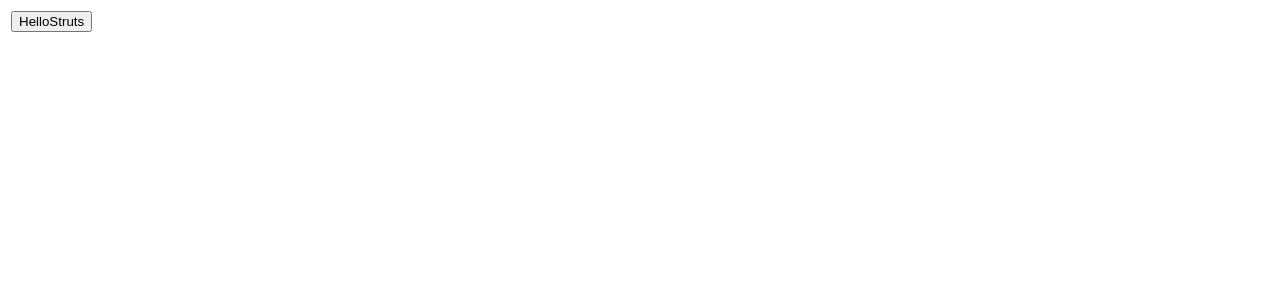
Repository: ryuhei0204/test
Page: http://localhost/WebProj3/
The author's editor kept a copy of each file at every save. The page is drawn from the files as they stood at one save, then again after the next save.
The browser window is 1280 px wide. The pictures show the whole page.
The page is served by Tomcat 9. Other server files are loaded and not shown.

Above is the page before, as saved 2019-05-09 02:37:24.

### WebProj3/WebContent/index.jsp
<%@ page language="java" contentType="text/html; charset=UTF-8"
    pageEncoding="UTF-8"%>
<%@taglib prefix="s" uri="/struts-tags" %>
<!DOCTYPE>
<html>
<head>
<meta charset="UTF-8">
<title>INDEX</title>
</head>
<body>
  <s:form action="HelloStrutsAction">
    <s:submit value="HelloStruts"/>
  </s:form>
</body>
</html>

After the next save:
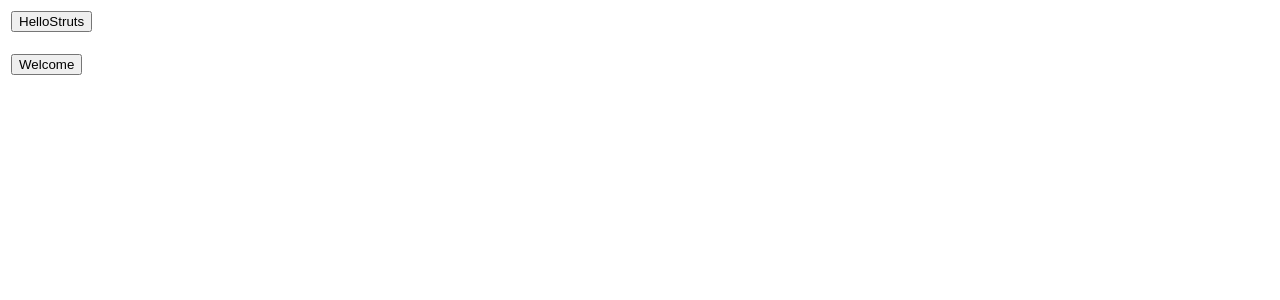
Saved 2 min 59 s later.
--- a/WebProj3/WebContent/index.jsp
+++ b/WebProj3/WebContent/index.jsp
@@ -11,5 +11,9 @@
   <s:form action="HelloStrutsAction">
     <s:submit value="HelloStruts"/>
   </s:form>
+
+  <s:form action="WelcomeAction">
+    <s:submit value="Welcome"/>
+  </s:form>
 </body>
 </html>
